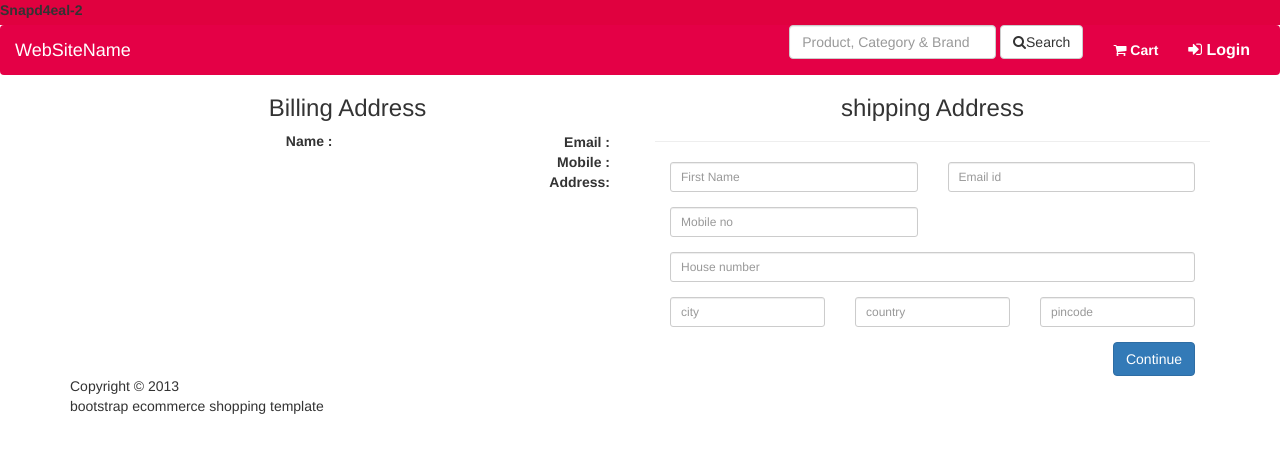
Repository: Aryans26/project
Page: http://localhost/frontend/WEB-INF/views/addressorder.jsp
An editor plug-in stored every save of this project. The page is shown before and after the next save, followed by the edit.
The browser window is 1280 px wide. The pictures show the whole page.
Some web libraries are served in a nearby version. The page is served by Tomcat 9. Nobody is signed in. Other server files are loaded and not shown. The template is opened directly, without the code that normally fills it, so the values that code supplies are empty.

Above is the page before, as saved 2017-06-21 09:30:44.

### frontend/src/main/webapp/WEB-INF/views/addressorder.jsp
<%@ taglib prefix="c" uri="http://www.springframework.org/tags"%>
<%@ taglib prefix="form" uri="http://www.springframework.org/tags/form"%>
<!doctype html>
<html>
<head>
<c:url value="/resource" var="res" />

<!-- <link rel="stylesheet" ref="https://maxcdn.bootstrapcdn.com/bootstrap/3.3.7/css/bootstrap.min.css"> -->
<script
	src="https://ajax.googleapis.com/ajax/libs/jquery/3.2.1/jquery.min.js"></script>
<script
	src="https://maxcdn.bootstrapcdn.com/bootstrap/3.3.7/js/bootstrap.min.js"></script>
<link rel="stylesheet" href="${res}/css/bootstrap.min.css" />
<link rel="stylesheet" href="${res}/css/style.css" />
<link rel="stylesheet" href="${res}/css/font-awesome/css/font-awesome.min.css" />

</head>
<body>
	<%@include file="navbar.jsp"%>
	<div class="container border-radius">

	<div class="row">

	<div class="col-md-6 col-sm-6 col-xs-12 billing-add">
		<h3 class="text-center">Billing Address</h3>
		<div class="col-md-6 col-sm-6 b-r"><b>Name :</b></div><div class="col-md-6 col-sm-6">${user.getU_name()} </div>
		<div class="col-md-6 col-sm-6 b-r"><b>Email :</b></div><div class="col-md-6 col-sm-6">${user.getU_email()}</div>
		<div class="col-md-6 col-sm-3 b-r"><b>Mobile :</b></div><div class="col-md-6 col-sm-6">${user.getU_phoneno()}</div>
		<div class="col-md-6 col-sm-6 b-r"><b>Address:</b></div><div class="col-md-6 col-sm-6">${billing.getHouse_no()}<br>
		${billing.getStreet_name()}<br>${billing.getCity()}<br>${billing.getState()}<br>${billing.getCountry()}<br>
		${billing.getPincode()}<br>
		</div>

	</div>


	<div class="col-md-6 shipping col-sm-6 col-xs-12">
		<h3 class="text-center">shipping Address</h3>

		<hr>
	<c:url value="/orderConfirm" var="a"/>
		<form:form action="${a}" method="post" commandName="shippingAddress">


		<div class="col-xs-6 col-sm-6 col-md-6">
			<div class="form-group">
				<form:input type="text" name="first_name" id="first_name" class="form-control input-sm" placeholder="First Name" path="Ship_name"/>
			</div>
		</div>
<!-- 		<div class="col-xs-6 col-sm-6 col-md-6"> -->
<!-- 			<div class="form-group"> -->
<%-- 				<form:input type="text" name="last_name" id="last_name" class="form-control input-sm" placeholder="Last Name" path="lastname"/>  --%>
<!-- 			</div> -->
<!-- 		</div> -->

		<div class="col-xs-6 col-sm-6 col-md-6">
			<div class="form-group">
				<form:input type="text" name="first_name" id="first_name" class="form-control input-sm" placeholder="Email id" path="Ship_email"/>
			</div>
		</div>
		<div class="col-xs-6 col-sm-6 col-md-6">
			<div class="form-group">
				<form:input type="text" name="Mobile_no" class="form-control input-sm" placeholder="Mobile no" path="Ship_mono"/>
		</div>
</div>
		<div class="col-xs-12 col-sm-12 col-md-12">
			<div class="form-group">
				<form:input type="text" class="form-control input-sm" placeholder="House number" path="Ship_houseno"/>

			</div>
		</div>

		<div class="col-xs-12 col-sm-4 col-md-4">
			<div class="form-group">
				<form:input type="text"	class="form-control input-sm" placeholder="city" path="Ship_city"/>
			</div>
		</div>
		<div class="col-xs-12 col-sm-4 col-md-4">
			<div class="form-group">
				<form:input type="text"	class="form-control input-sm" placeholder="country" path="Ship_country"/>
			</div>
		</div>

		<div class="col-xs-12 col-sm-4 col-md-4">
			<div class="form-group">
				<form:input type="text" class="form-control input-sm" placeholder="pincode" path="Ship_pincode" />
			</div>
		</div>

	<div class="col-md-12">
		<input type="submit" class="btn btn-primary pull-right" value="Continue">
	</div>
   </form:form>
</div>
</div>
</div>
<!--
Footer
-->

<!-- /container -->

<div class="copyright">
<div class="container">

	<span>Copyright &copy; 2013<br> bootstrap ecommerce shopping template</span>
</div>
</div>
<a href="#" class="gotop"><i class="icon-double-angle-up"></i></a>

  </body>
</html>

### frontend/src/main/webapp/WEB-INF/views/navbar.jsp
<%@ taglib prefix="c" uri="http://www.springframework.org/tags"%>
<%@ taglib prefix="form" uri="http://www.springframework.org/tags/form"%>
<%@ taglib prefix="security" uri="http://www.springframework.org/security/tags" %>
<%@ taglib prefix="c1" uri="http://java.sun.com/jsp/jstl/core"%>
<!DOCTYPE html >
<html>
<head>
<meta http-equiv="Content-Type" content="text/html; charset=ISO-8859-1">
<title>Insert title here</title>
</head>
<body>
	<div class="headder">
		<b>Snapd4eal-2</b>
	</div>

	<nav class="navbar navbar-default" style="color: white;">
		<div class="container-fluid">
			<div class="navbar-header">
				<button type="button" class="navbar-toggle" data-toggle="collapse" data-target="#myNavbar">
					<span class="icon-bar"></span> <span class="icon-bar"></span>
					<span class="icon-bar"></span>
				</button>
				<a class="navbar-brand" href="<c:url value="/"/>"
					style="color: white;">WebSiteName</a>
				<form class="navbar-form navbar-right visible-sm visible-xs">
					<div class="form-group">
						<input type="text" class="form-control"
							placeholder="Product, Category & Brand">
					</div>
					<button type="submit" class="btn btn-default">
						<i class="fa fa-search"></i>Search
					</button>

				</form>
			</div>
			<div class="collapse navbar-collapse" id="myNavbar">
			<c1:if test="${pageContext.request.userPrincipal.name!=null}">
			<security:authorize access="hasRole('ROLE_ADMIN')">
				<ul class="nav navbar-nav">
					<li style="color: white;"><a
						href="<c:url value="/category"/>">Add Category</a></li>
					<li style="color: white;"><a
						href="<c:url value="/addproduct"/>">Add Product</a></li>
					<li style="color: white;"><a
						href="<c:url value="/supplier"/>">Add Supplier</a></li>
<!-- 					<li style="color: white;"><a -->
<%-- 						href="<c:url value="/addcard"/>">Add Card</a></li> --%>

				</ul>
				</security:authorize>
				</c1:if>
				<ul class="nav navbar-nav navbar-right">
					<li><a href="<c:url value="/viewcart"/>"><i class="fa fa-shopping-cart"></i>
							Cart</a></li>

					<li class="dropdown"><a href="#" class="dropbtn"><span
							class="fa fa-sign-in"></span>
							<c1:if test="${pageContext.request.userPrincipal.name==null}"> Login </c1:if>
							 <c1:if test="${pageContext.request.userPrincipal.name!=null}">  Logout</c1:if></a>

						<div class="dropdown-content">
							<a href="#">your account</a>
							<a href="#">your orders</a>
							<c1:if test="${pageContext.request.userPrincipal.name==null}">

							<a href="<c:url value="/users"/>" class="hvr-reg-bordertop" > new user ?<br>
							<b>register</b></a>
<%-- <a href="<c:url value="/login"/>"><button type="button" class="btn btn-danger" style="width: 90%; margin: 10px;">Login</button></a> --%>
							<button type="button" class="btn btn-danger" data-toggle="modal"
								data-target="#myModal" style="width: 90%; margin: 10px;">Login</button>
								</c1:if>

								<c1:if test="${pageContext.request.userPrincipal.name!=null}">
					<a href="<c:url value="/j_spring_security_logout"/>"><button type="button" class="btn btn-danger" >Logout</button></a>
								</c1:if>
						</div></li>

				</ul>
				<form class="navbar-form navbar-right hidden-sm hidden-xs">
					<div class="form-group">
						<input type="text" class="form-control"
							placeholder="Product, Category & Brand">
					</div>
					<button type="submit" class="btn btn-default">
						<i class="fa fa-search"></i>Search
					</button>

				</form>

			</div>
		</div>
	</nav>


	<!-- Modal -->
	<div class="modal fade" id="myModal" role="dialog">
		<div class="modal-dialog modal-lg">
			<div class="modal-content">
				<div class="modal-header">
					<button type="button" class="close" data-dismiss="modal">&times;</button>
					<h4 class="modal-title">Login</h4>
				</div>
				<div class="modal-body">
				<c1:url value="/j_spring_security_check" var="a"/>
					<form role="form" method="post" action="${a} ">
						<div class="form-group">
				<label for="email">Email address:</label>
				<input type="email" class="form-control" id="email" name="j_username" placeholder="Email Id">
						</div>
						<div class="form-group">
				<label for="pwd">Password:</label>
				 <input type="password" class="form-control" id="pwd" name="j_password" placeholder="Password">
						</div>
						<div class="checkbox">
							<label><input type="checkbox"> Remember me</label>
						</div>
						<a class="cursor" data-dismiss="modal" data-toggle="modal"
							data-target="#myModal1">new User ? <b>register</b></a>
						<button type="submit" class="btn btn-success">Submit</button>
					</form>
				</div>
				<div class="modal-footer">
					<button type="button" class="btn btn-default" data-dismiss="modal">Close</button>
				</div>
			</div>
		</div>
	</div>

</body>
</html>

### frontend/src/main/webapp/resource/css/style.css
@charset "utf-8";
/* CSS Document */
.headder {
	min-height: 25px;
	background-color: #E0013F;
}

.navbar-default, .navbar-default li {
	background-color: #e40046;
	color: white;
}

.navbar-default li a {
	color: #FFF;
	font-weight: bold;
}

.navbar-nav li:hover, .navbar-nav li:focus, .navbar-nav li:active {
	background-color: #333;
}

.navbar-nav dropdown:hover {
	background-color: #333;
}

.dropbtn {
	color: white;
	padding: 16px;
	font-size: 16px;
	border: none;
	cursor: pointer;
}

.
.dropdown:hover {
	background-color: #333;
	color: white;
	padding: 16px;
	font-size: 16px;
	border: none;
	cursor: pointer;
}

.dropdown {
	position: relative;
	display: inline-block;
}

.dropdown-content {
	display: none;
	position: absolute;
	background-color: #333;
	min-width: 160px;
	right: 5px;
	box-shadow: 0px 8px 16px 0px rgba(0, 0, 0, 0.2);
	z-index: 1;
}

.dropdown-content a {
	color: black;
	font-size: 14px !important;
	font-weight: normal !important;
	text-align: center;
	padding: 12px 16px;
	text-decoration: none;
	display: block;
}

.dropdown-content a:hover {
	background-color: #000;
}

.dropdown:hover .dropdown-content {
	display: block;
}

.dropdown:hover .dropbtn {
	background-color: #333;
}

.dropdown-content .hvr-reg-bordertop {
	border-top: 1px solid #999;
	padding-top: 20px;
	margin-bottom: 0;
	padding-bottom: 0;
}

.cursor {
	cursor: pointer;
}

.form-fill{
	max-width:500px;
	box-shadow:2px 2px 8px  grey;
	padding:30px 20px;
	margin:10px auto;
	border-radius:10px;
}

.form-list-table{
	border:2px solid grey;
	box-shadow:4px 4px 8px grey;
	border-radius:10px;
}
.head3{
	color:#e40046;
	font-weight:bold;
	text-align:center;
	text-shadow:2px 2px 4px grey;
}

.items-list-head > div{
	Color:red;
	text-align:center;
	font-weight:bolder;
	font-size:20px;
}
.items-list > div{
	border-top:1px solid grey;
	line-height:40px;
	text-align:center;
	font-weight:bold;
}

.box-shadow{
	border-radius:10px;
	box-shadow:2px 2px 8px grey;
}

.list-head{
	font-size:16px;
	font-weight:bold;
	text-shadow:1px 1px 1px grey;
}

.billing-add .b-r{
	text-align:right;
}

Loaded but not shown: frontend/src/main/webapp/resource/css/bootstrap.min.css (library); frontend/src/main/webapp/resource/css/font-awesome/css/font-awesome.min.css (library)

After the next save:
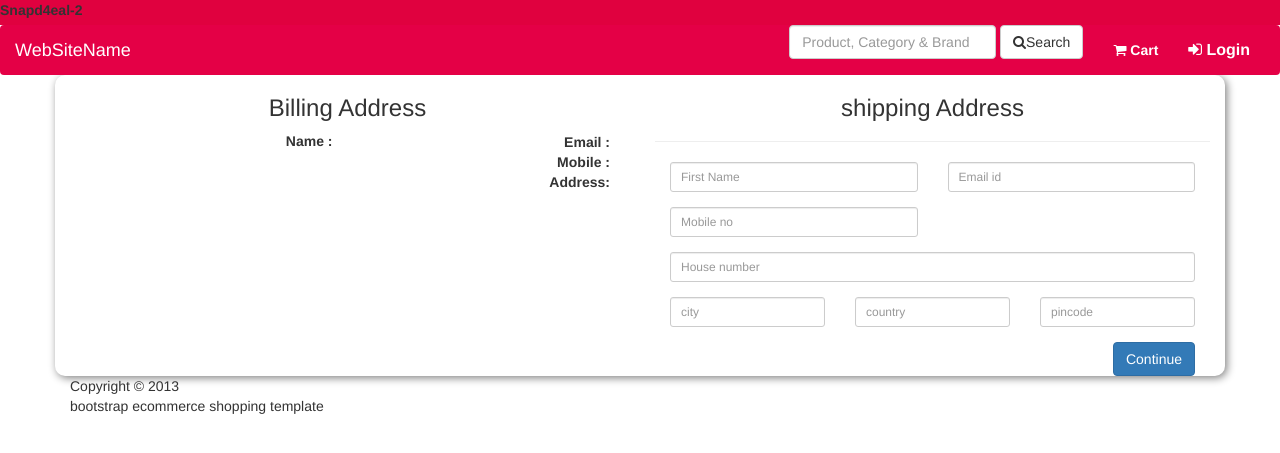
Saved 27 s later.
--- a/frontend/src/main/webapp/WEB-INF/views/addressorder.jsp
+++ b/frontend/src/main/webapp/WEB-INF/views/addressorder.jsp
@@ -17,7 +17,7 @@
 </head>
 <body>
 	<%@include file="navbar.jsp"%>
-	<div class="container border-radius">
+	<div class="container box-shadow border-radius">
 
 	<div class="row">
 
